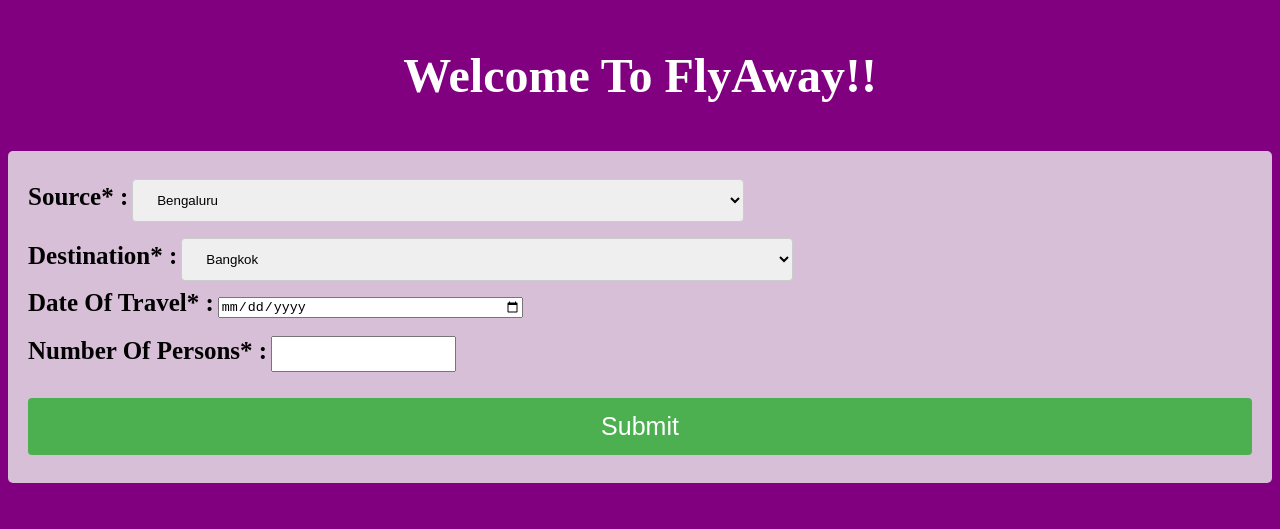
Repository: KanimozhiThandapani/Phase2AirlineBookingProject
Page: http://localhost/AirlineBooking/homepage.jsp
These files come from the project's save history. The page is drawn as it stood at one moment and after the next save; the edit follows.
The browser window is 1280 px wide. The pictures show the whole page.
The page is served by Tomcat 9.

Above is the page before, as saved 2022-04-22 10:41:40.

After the next save:
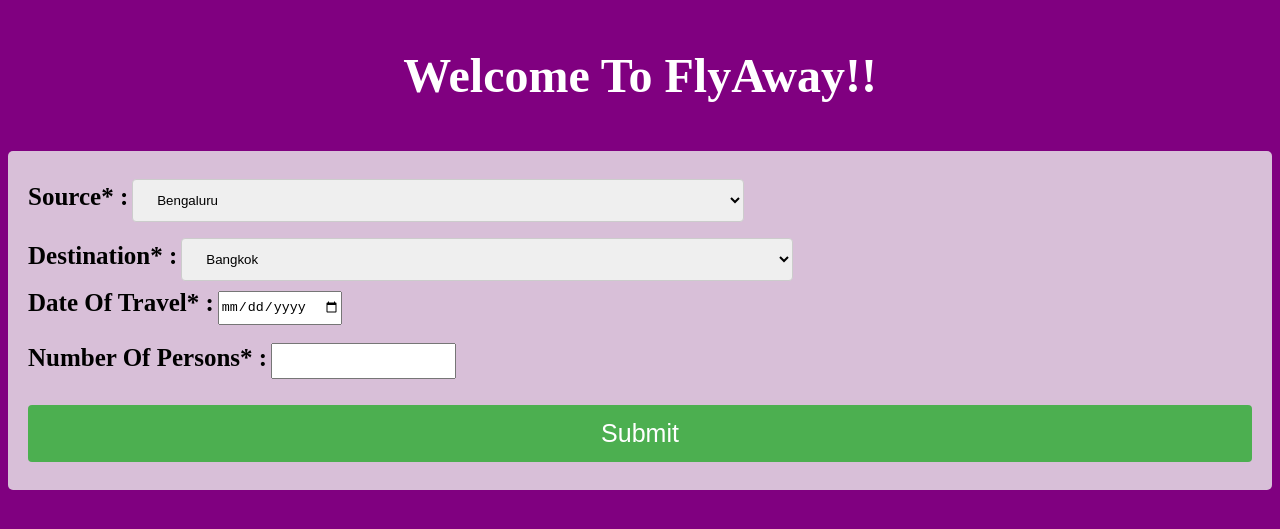
Saved 5 s later.
--- a/AirlineBooking/WebContent/homepage.jsp
+++ b/AirlineBooking/WebContent/homepage.jsp
@@ -65,7 +65,7 @@ h3 {
     </select><br>
 
     <label for="dateOfTravel" style="font-size: 25px"><strong>Date Of Travel* :</strong></label>
-    <input type="date" id="dot" name="dot" style="width: 300px;" required><br><br>
+    <input type="date" id="dot" name="dot" style="height: 30px;" required><br><br>
 
     <label for="numberOfPersons" style="font-size: 25px"><strong>Number Of Persons* :</strong></label>
     <input type="number" name="numberOfPersons" style="height: 30px;" required><br><br>
